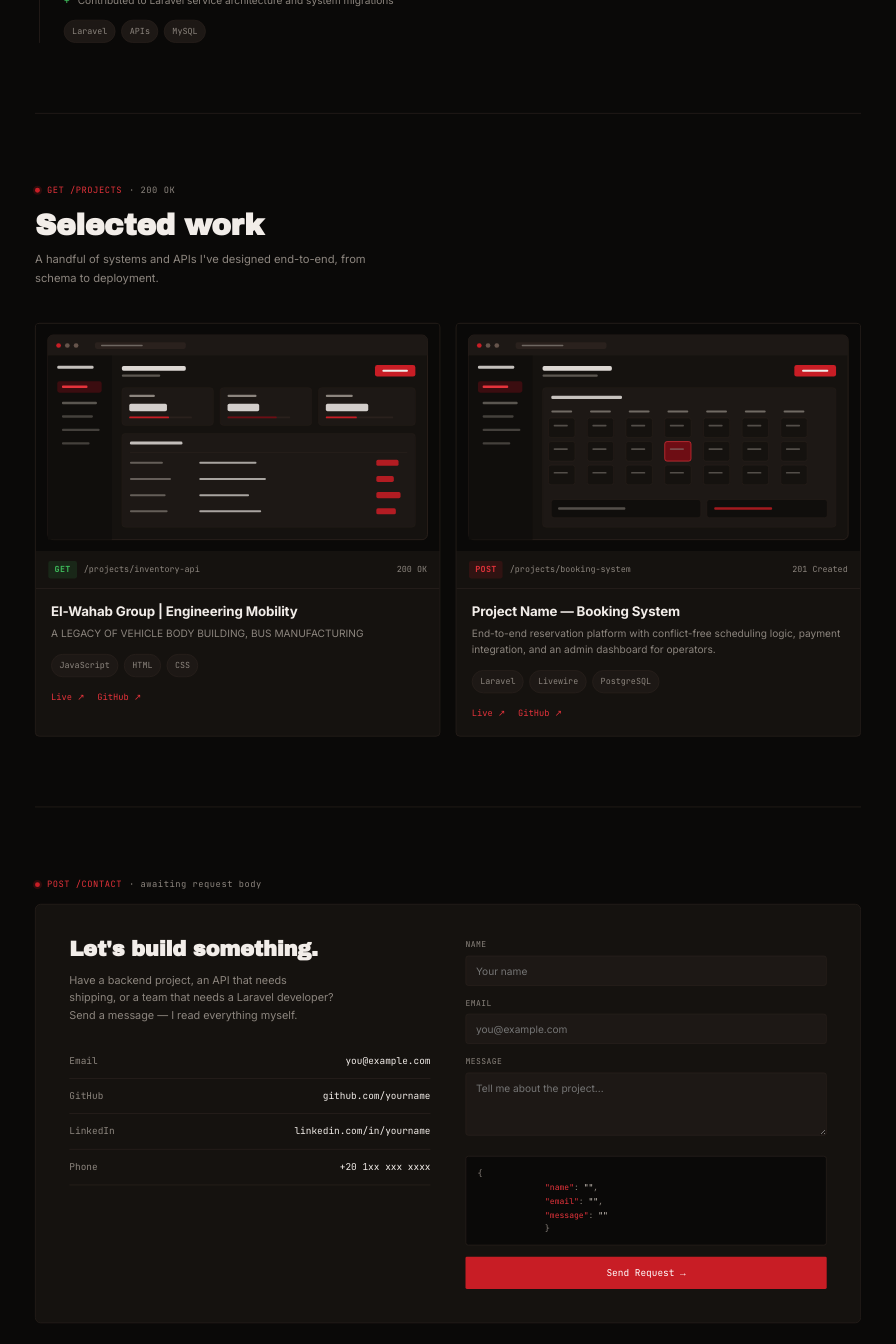
Repository: sayedelshazly/Portfolio.SE
Page: index.html
The author's editor kept a copy of each file at every save. The page is drawn from the files as they stood at one save, then again after a run of saves.
The browser window is 1280 px wide. The pictures show the part of the page from y = 2626 to 4546 px (the page is 4652 px tall), at 70% of full size.

Above is the page before, as saved 2026-10-13 02:01:23.

### index.html
<!DOCTYPE html>
<html lang="en">

<head>
  <meta charset="UTF-8">
  <meta name="viewport" content="width=device-width, initial-scale=1.0, viewport-fit=cover">
  <meta name="color-scheme" content="dark light">
  <title>Sayed Elshazly — Backend Engineer</title>
  <script>
    (() => {
      const systemPrefersLight = window.matchMedia('(prefers-color-scheme: light)').matches;
      try {
        const savedTheme = localStorage.getItem('portfolio-theme');
        document.documentElement.dataset.theme = savedTheme === 'light' || savedTheme === 'dark' ?
          savedTheme :
          (systemPrefersLight ? 'light' : 'dark');
      } catch {
        document.documentElement.dataset.theme = systemPrefersLight ? 'light' : 'dark';
      }
    })();
    document.documentElement.classList.add('is-loading');
    window.__pageLoadStartedAt = performance.now();
  </script>
  <link rel="preconnect" href="https://fonts.googleapis.com">
  <link rel="preconnect" href="https://fonts.gstatic.com" crossorigin>
  <link
    href="https://fonts.googleapis.com/css2?family=Archivo+Black&family=JetBrains+Mono:wght@400;500;600;700&family=Inter:wght@400;500;600;700;800&display=swap"
    rel="stylesheet">
  <link rel="stylesheet" href="style.css">
</head>

<body>

  <div class="preloader" id="preloader" role="status" aria-live="polite" aria-label="Loading website">
    <div class="loader-content">
      <span class="loader-mark"><span>&lt;</span>SE<span>/&gt;</span></span>
      <span class="loader-spinner" aria-hidden="true"></span>
      <span class="loader-text">Preparing your experience</span>
      <span class="loader-progress" aria-hidden="true"><span></span></span>
    </div>
  </div>

  <header>
    <div class="reading-progress" aria-hidden="true"><span id="readingProgress"></span></div>
    <nav>
      <a class="logo" href="#top" aria-label="Sayed Elshazly, back to top"><span
          class="br">&lt;</span>SayedElshazly<span class="br">/&gt;</span></a>
      <button class="nav-toggle" type="button" aria-expanded="false" aria-controls="site-navigation"
        aria-label="Open navigation">
        <span></span><span></span>
      </button>
      <ul class="nav-links" id="site-navigation">
        <li><a href="#about">about</a></li>
        <li><a href="#skills">skills</a></li>
        <li><a href="#experience">experience</a></li>
        <li><a href="#projects">projects</a></li>
        <li><a href="#contact">contact</a></li>
        <li><a href="./blog.html" target="_self">Blog</a></li>
        <li class="nav-close-item"><button class="nav-close" type="button">Close menu</button></li>
      </ul>
      <div class="status-pill"><span class="dot"></span><span class="label">available for work</span></div>
      <button class="theme-toggle" id="themeToggle" type="button" aria-label="Switch to light mode"
        title="Switch to light mode">
        <svg class="theme-icon-sun" viewBox="0 0 24 24" aria-hidden="true" focusable="false">
          <circle cx="12" cy="12" r="4"></circle>
          <path
            d="M12 2v2m0 16v2M4.93 4.93l1.42 1.42m11.3 11.3 1.42 1.42M2 12h2m16 0h2M4.93 19.07l1.42-1.42m11.3-11.3 1.42-1.42">
          </path>
        </svg>
        <svg class="theme-icon-moon" viewBox="0 0 24 24" aria-hidden="true" focusable="false">
          <path d="M20.2 15.1A8.5 8.5 0 0 1 8.9 3.8 8.6 8.6 0 1 0 20.2 15.1Z"></path>
        </svg>
      </button>
    </nav>
  </header>

  <main>

    <!-- ================= HERO ================= -->
    <section class="hero wrap" id="top">
      <div class="hero-intro">
        <h1>Sayed Abdo Elshazly<span class="accent">.</span></h1>
        <div class="eyebrow">GET /developer <span class="status">· HTTP/1.1 200 OK</span></div>
        <div class="role">Backend Engineer <span class="pipe">/</span> PHP &amp; Laravel Specialist</div>
      </div>

      <div class="hero-support">
        <p class="lede">I design and ship reliable server-side systems — clean APIs, solid database
          architecture, and code that holds up in production. Based in Cairo, working with teams
          anywhere.</p>
        <div class="btn-row">
          <a href="#projects" class="btn btn-primary">View Projects →</a>
          <a href="#contact" class="btn btn-ghost">Let's Talk <span aria-hidden="true">↗</span></a>
        </div>
      </div>

      <div class="term-card">
        <div class="term-bar">
          <span class="tdot"></span><span class="tdot"></span><span class="tdot"></span>
          <!-- <span class="tpath">~/portfolio/profile.jpg</span> -->
        </div>
        <div class="term-photo">
          <img src="./portrait2.jpeg" alt="Portrait of Sayed Elshazly, backend engineer">
          <div class="scan"></div>
          <div class="term-json">
            <span class="k">"role"</span>: <span class="s">"Backend Engineer"</span>,<br>
            <span class="k">"stack"</span>: <span class="s">["PHP", "Laravel", "MySQL"]</span>,<br>
            <span class="k">"status"</span>: <span class="s">"available"</span><span class="cursor"></span>
          </div>
        </div>
      </div>

      <div class="stat-row">
        <div class="stat"><b>1+</b><span>Years Experience</span></div>
        <div class="stat"><b>5+</b><span>Projects Shipped</span></div>
        <div class="stat"><b>2+</b><span>APIs Built</span></div>
      </div>
    </section>

    <!-- ================= ABOUT ================= -->
    <section class="about wrap" id="about">
      <div class="eyebrow">GET /about <span class="status">· 200 OK</span></div>
      <div class="about-grid">
        <div>
          <p>I'm a <b>Backend Developer</b> focused on PHP and the Laravel ecosystem. I like
            turning ambiguous requirements into APIs and services that are fast, well-tested,
            and easy for the next developer to reason about.</p>
          <p>My day-to-day covers <b>REST API design</b>, <b>database modeling</b>, authentication
            and authorization systems, background job processing, and integrating third-party
            services. I care about clean architecture as much as working code — SOLID principles,
            repository patterns, and readable commits.</p>
          <p>Outside of client work, I spend time exploring system design, contributing to small
            open-source tools, and refining my own boilerplate for faster project starts.</p>
        </div>
        <ul class="fact-list">
          <li><span>Location</span><span>6th of October, Giza, Egypt</span></li>
          <li><span>Focus</span><span>Backend / API Architecture</span></li>
          <li><span>Availability</span><span>Open to freelance &amp; full-time</span></li>
          <li><span>Languages</span><span>Arabic, English</span></li>
          <li><span>Response time</span><span>&lt; 24h</span></li>
        </ul>
      </div>
    </section>

    <!-- ================= SKILLS ================= -->
    <section class="skills wrap" id="skills">
      <div class="section-head">
        <div class="eyebrow">GET /skills <span class="status">· 200 OK</span></div>
        <h2>What I build with</h2>
        <p>The core stack behind most of the systems I ship — plus the tools that keep them
          maintainable.</p>
      </div>
      <div class="skill-groups">
        <div class="skill-card">
          <h3>Languages &amp; Frameworks</h3>
          <div class="tag-row">
            <span class="tag">PHP</span>
            <span class="tag">Laravel</span>
            <span class="tag">JavaScript</span>
            <span class="tag">Blade</span>
            <span class="tag">Livewire</span>
          </div>
        </div>
        <div class="skill-card">
          <h3>Data &amp; APIs</h3>
          <div class="tag-row">
            <span class="tag">MySQL</span>
            <span class="tag">PostgreSQL</span>
            <span class="tag">Redis</span>
            <span class="tag">REST APIs</span>
            <span class="tag">Eloquent ORM</span>
          </div>
        </div>
        <div class="skill-card">
          <h3>Tools &amp; Practices</h3>
          <div class="tag-row">
            <span class="tag">Git</span>
            <span class="tag">Docker</span>
            <span class="tag">Postman</span>
            <span class="tag">PHPUnit</span>
            <span class="tag">CI / CD</span>
          </div>
        </div>
      </div>
    </section>

    <!-- ================= EXPERIENCE ================= -->
    <section class="experience wrap" id="experience">
      <div class="section-head">
        <div class="eyebrow">GET /experience <span class="status">· 200 OK</span></div>
        <h2>Where I've worked</h2>
      </div>
      <div class="log">
        <div class="log-entry">
          <div class="log-head">
            <span class="log-hash">#a3f21c</span>
            <span class="log-date">2023 — 2024</span>
          </div>
          <h3>Backend Developer <span>@ Development</span></h3>
          <ul>
            <li>Designed and maintained REST APIs for production applications</li>
            <li>Improved response times through query optimization and caching</li>
            <li>Contributed to Laravel service architecture and system migrations</li>
          </ul>
          <div class="tag-row"><span class="tag">Laravel</span><span class="tag">APIs</span><span
              class="tag">MySQL</span></div>
        </div>
      </div>
    </section>

    <!-- ================= PROJECTS ================= -->
    <section class="projects wrap" id="projects">
      <div class="section-head">
        <div class="eyebrow">GET /projects <span class="status">· 200 OK</span></div>
        <h2>Selected work</h2>
        <p>A handful of systems and APIs I've designed end-to-end, from schema to deployment.</p>
      </div>
      <div class="project-grid">

        <div class="project-card">
          <figure class="project-visual">
            <img src="./assets/inventory-preview.svg" alt="Illustrative inventory dashboard preview" loading="lazy"
              decoding="async">
          </figure>
          <div class="pc-top">
            <span class="method get">GET</span>
            <span class="route">/projects/inventory-api</span>
            <span class="status-code">200 OK</span>
          </div>
          <div class="pc-body">
            <h3>El-Wahab Group | Engineering Mobility</h3>
            <p>A LEGACY OF VEHICLE BODY BUILDING, BUS MANUFACTURING</p>
            <div class="tag-row" style="margin-bottom:18px;">
              <span class="tag">JavaScript</span><span class="tag">HTML</span><span class="tag">CSS</span>
            </div>
            <div class="pc-links">
              <a href="#">Live ↗</a>
              <a href="#">GitHub ↗</a>
            </div>
          </div>
        </div>

        <div class="project-card">
          <figure class="project-visual">
            <img src="./assets/booking-preview.svg" alt="Illustrative booking calendar preview" loading="lazy"
              decoding="async">
          </figure>
          <div class="pc-top">
            <span class="method post">POST</span>
            <span class="route">/projects/booking-system</span>
            <span class="status-code">201 Created</span>
          </div>
          <div class="pc-body">
            <h3>Project Name — Booking System</h3>
            <p>End-to-end reservation platform with conflict-free scheduling logic, payment
              integration, and an admin dashboard for operators.</p>
            <div class="tag-row" style="margin-bottom:18px;">
              <span class="tag">Laravel</span><span class="tag">Livewire</span><span class="tag">PostgreSQL</span>
            </div>
            <div class="pc-links">
              <a href="#">Live ↗</a>
              <a href="#">GitHub ↗</a>
            </div>
          </div>
        </div>

      </div>
    </section>

    <!-- ================= CONTACT ================= -->
    <section class="contact wrap" id="contact">
      <div class="eyebrow">POST /contact <span class="status">· awaiting request body</span></div>
      <div class="contact-grid">
        <div class="contact-info">
          <h2 style="font-size:30px;margin-bottom:16px;">Let's build something.</h2>
          <p>Have a backend project, an API that needs shipping, or a team that needs a
            Laravel developer? Send a message — I read everything myself.</p>
          <ul class="contact-channels">
            <li><span>Email</span><a href="mailto:you@example.com">you@example.com</a></li>
            <li><span>GitHub</span><a href="#">github.com/yourname</a></li>
            <li><span>LinkedIn</span><a href="#">linkedin.com/in/yourname</a></li>
            <li><span>Phone</span><a href="#">+20 1xx xxx xxxx</a></li>
          </ul>
        </div>
        <div>
          <form id="contactForm">
            <div>
              <label for="fname">Name</label>
              <input type="text" id="fname" name="name" placeholder="Your name" required>
            </div>
            <div>
              <label for="femail">Email</label>
              <input type="email" id="femail" name="email" placeholder="you@example.com" required>
            </div>
            <div>
              <label for="fmsg">Message</label>
              <textarea id="fmsg" name="message" placeholder="Tell me about the project..." required></textarea>
            </div>
            <div class="json-preview" id="jsonPreview">{
              <span class="k">"name"</span>: <span class="v">""</span>,
              <span class="k">"email"</span>: <span class="v">""</span>,
              <span class="k">"message"</span>: <span class="v">""</span>
              }</div>
            <button type="submit" class="btn btn-primary"
              style="justify-content:center;border:none;cursor:pointer;">Send Request →</button>
          </form>
        </div>
      </div>
    </section>

  </main>

  <footer>
    <div class="wrap">
      <span>© 2026 SE. All rights reserved.</span>
      <span><a href="#top">↑ back to top</a></span>
    </div>
  </footer>

  <a class="back-to-top" href="#top" aria-label="Back to top">↑</a>

  <script src="main.js"></script>

</body>

</html>

Loaded but not shown: main.js (76 lines, source omitted); style.css (2091 lines, source omitted)

After the next 3 saves:
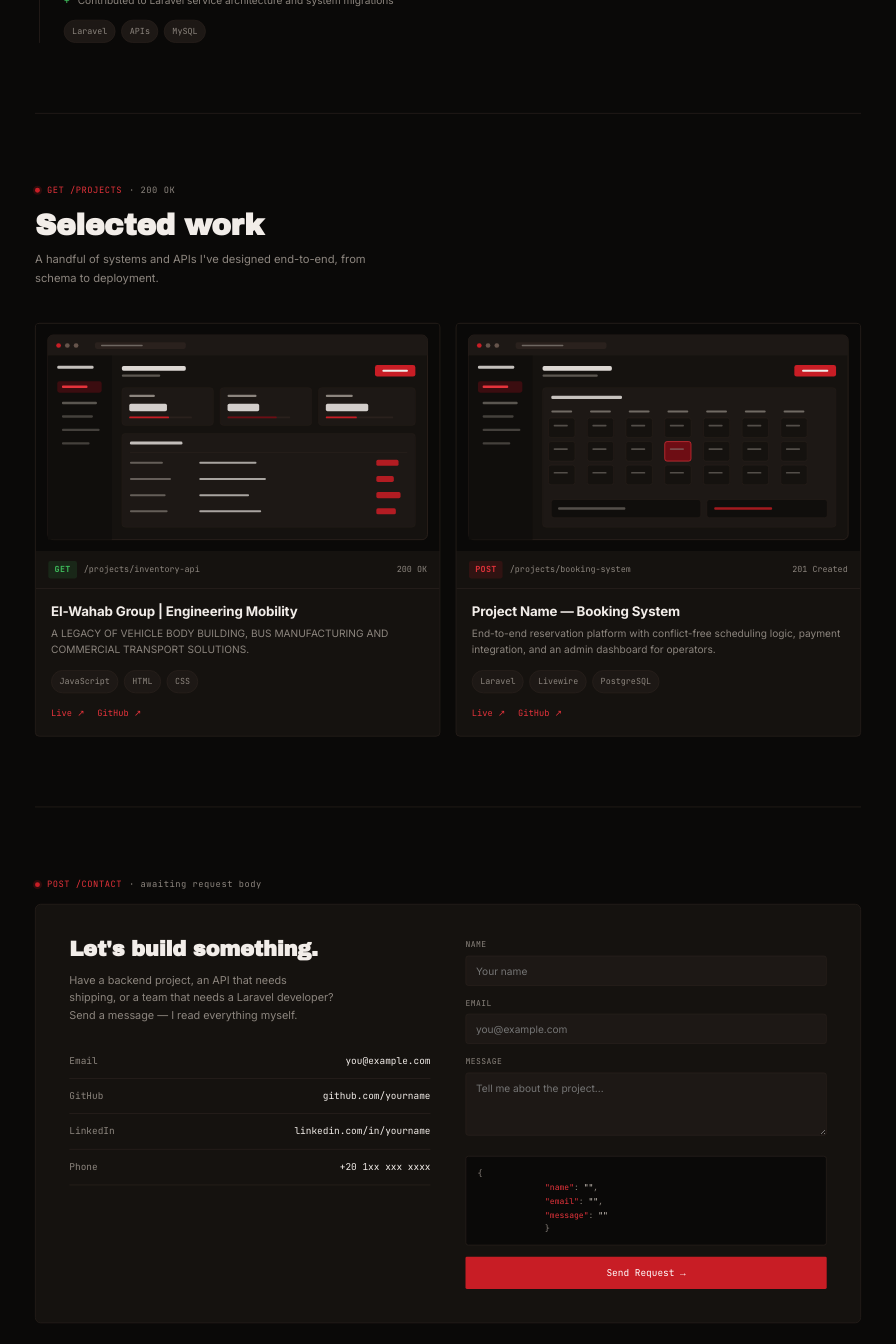
The 3 saves are shown as one change because they came seconds apart.
The last was saved 16 s later.
--- a/index.html
+++ b/index.html
@@ -229,7 +229,8 @@
           </div>
           <div class="pc-body">
             <h3>El-Wahab Group | Engineering Mobility</h3>
-            <p>A LEGACY OF VEHICLE BODY BUILDING, BUS MANUFACTURING</p>
+            <p>A LEGACY OF VEHICLE BODY BUILDING, BUS MANUFACTURING AND
+          COMMERCIAL TRANSPORT SOLUTIONS.</p>
             <div class="tag-row" style="margin-bottom:18px;">
               <span class="tag">JavaScript</span><span class="tag">HTML</span><span class="tag">CSS</span>
             </div>
